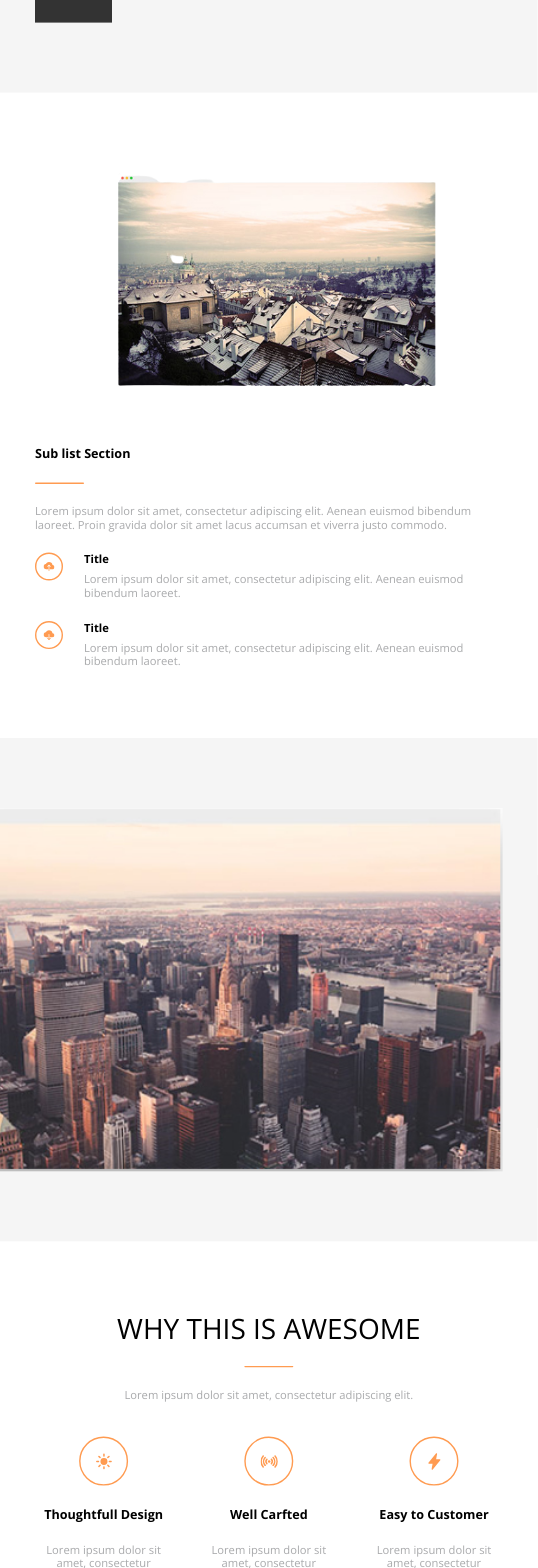
Repository: dinhtri123/axureThems
Page: index.html
An editor plug-in stored every save of this project. The page is shown before and after the next save, followed by the edit.
The browser window is 768 px wide. The pictures show the part of the page from y = 1656 to 3896 px (the page is 5159 px tall before and 5144 px after), at 70% of full size.

Above is the page before, as saved 2023-02-11 19:12:20.

After the next save:
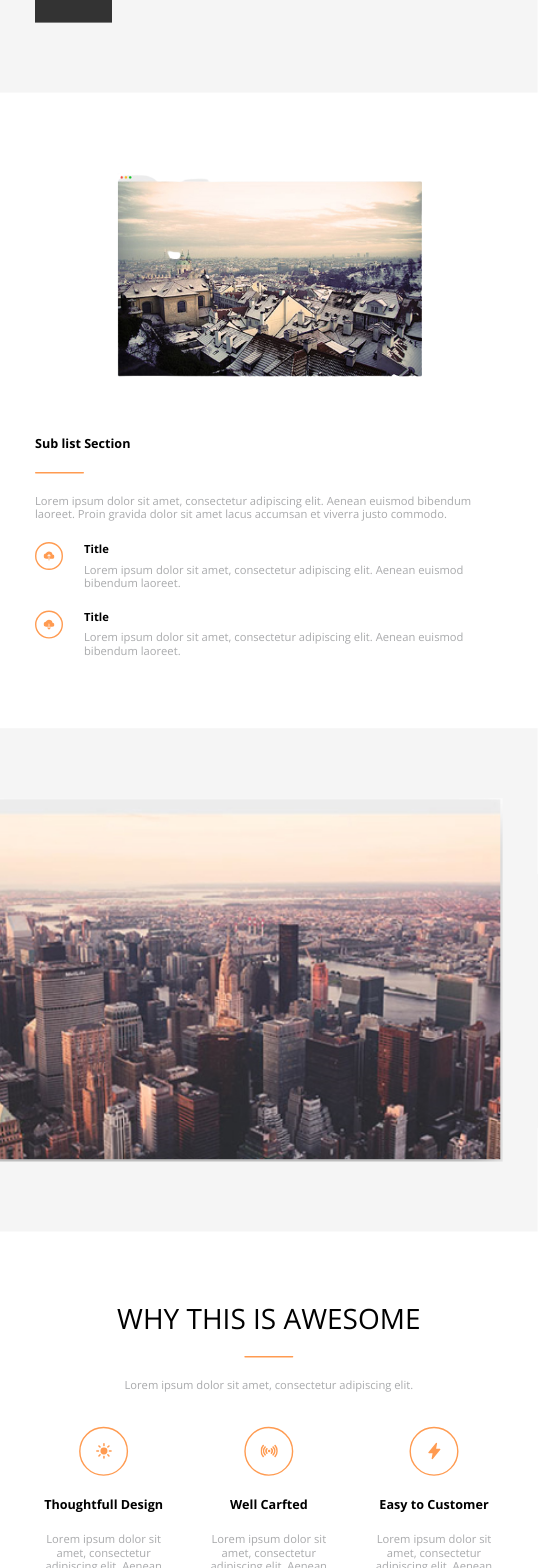
Saved 5 s later.
--- a/style.css
+++ b/style.css
@@ -500,7 +500,7 @@ footer p {
     width:70%;
     margin:auto;
   }
-  .tabsRight img{
+  .tabsRight img, .subLeft img{
     width:100%;
   }
   .sublistMain{
